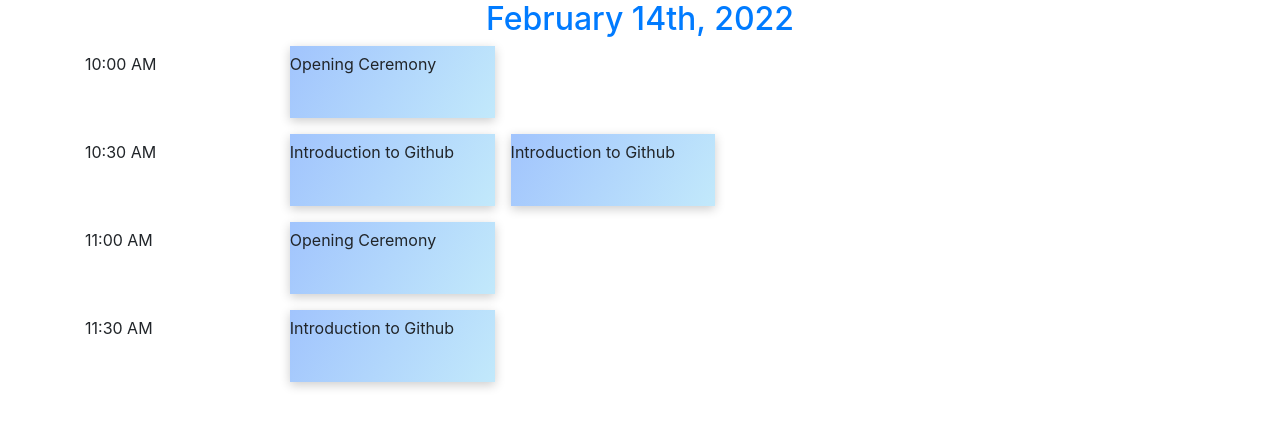
Repository: BaileyLuu/yuHacks2022
Page: public/schedule.html
The author's editor kept a copy of each file at every save. The page is drawn from the files as they stood at one save, then again after the next save.
The browser window is 1280 px wide. The pictures show the whole page.
Some web libraries are served in a nearby version.

Above is the page before, as saved 2021-11-20 13:05:15.

After the next save:
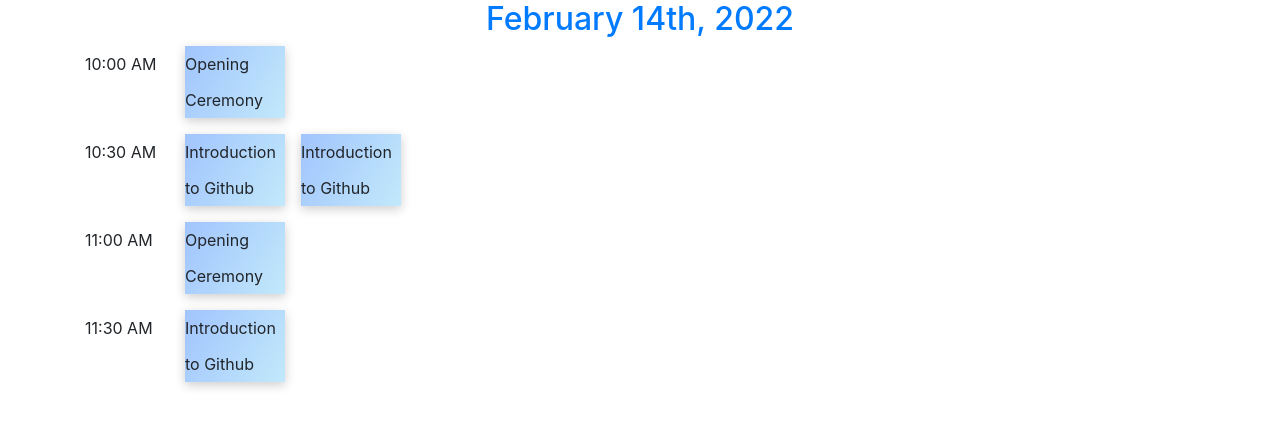
Saved 26 s later.
--- a/public/schedule.css
+++ b/public/schedule.css
@@ -5,7 +5,7 @@
 .schedule-time{
   display:flex;
   flex-direction: column;
-  width:16vw;
+  width: 100px;
   height:10vh;
   box-sizing: border-box;
   z-index: 50;
